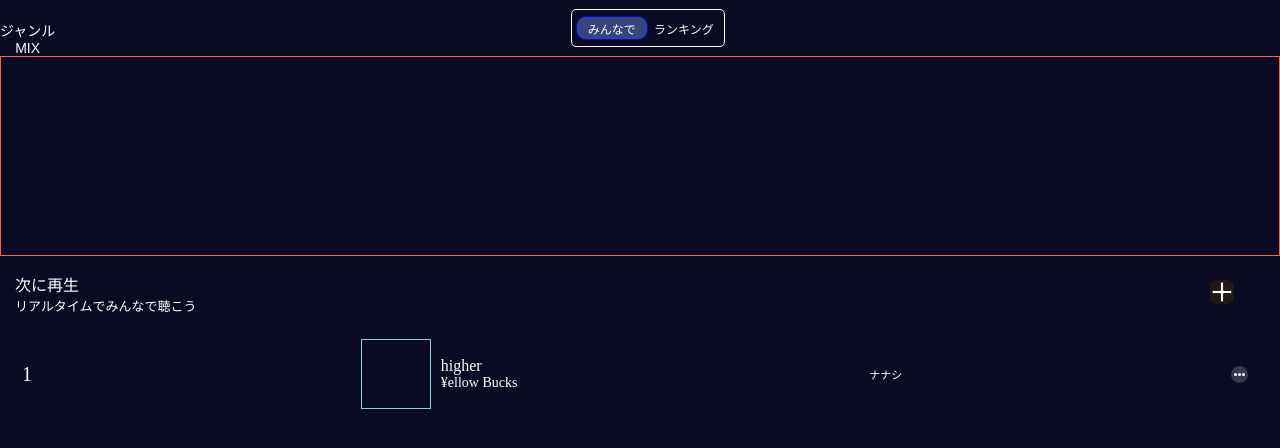
Repository: FujieRyou/2024_team
Page: /LoggedIn
The author's editor kept a copy of each file at every save. The page is drawn from the files as they stood at one save, then again after the next save.
The browser window is 1280 px wide. The pictures show the whole page.
The project was rebuilt for these pictures with package versions that can differ from the ones it lists, and the page was loaded fresh each time. The framework's server and built-in components were replaced by stand-ins that run in the browser. Also part of the build but not shown: next.config.js.

Above is the page before, as saved 2024-01-11 12:26:55.

### src/pages/_app.jsx
import "@/styles/ress.css"
import '@/styles/index.css'

export default function App({ Component, pageProps }) {
  return <Component {...pageProps} />
}

### src/pages/LoggedIn.jsx
import React from 'react'

function LoggedIn (){
    return(
    <div id="container_wrap">
        {/* <header>
            <div id="genre_wrap">ジャンル</div>
            <div id="mix_wrap">MIX</div>
            <div id="btn">
                <div className="everyone">みんなで</div>
                <div className="ranking">ランキング</div>
            </div>
        </header> */}
        <header>
            <div><p className='genre_wrap'>ジャンル<br/>MIX</p></div>
            <div className="switchingBtn">
                <div className="everyone">みんなで</div>
                <div className="ranking">ランキング</div>
            </div>
            <div className='myPageIcon'>
                <img src="" alt="" />
            </div>
        </header>
        <div id="main_img">
            <div className="scrollContent">
                <div className="scrollWrap">
                </div>
            </div>

        </div>
        <div id="maincontent_wrap">
            <div id="addition_wrap">
                    <p className='addition'>次に再生<br/><span>リアルタイムでみんなで聴こう</span></p>
                    <a href="">
                        <img src="./img/plusBtn.svg" alt="" />
                    </a>
            </div>
            <div id="songContent_wrap">
                <p className="song_num">1</p>
                <div id="song_wrap">
                    <div className="song_img">
                    </div>
                    <div id="singer_wrap">
                        <p className="songtitle">higher</p>
                        <p className="singer">¥ellow Bucks</p>
                    </div>
                </div>
                <div className='contributor'>
                    <img src="" alt="" />
                    <p>ナナシ</p>
                </div>
                <img src="./img/detailBtn.svg" alt="" />
            </div>
        </div>
    </div>
    )
}

export default LoggedIn

### src/styles/ress.css
/*!
 * ress.css • v4.0.0
 * MIT License
 * github.com/filipelinhares/ress
 */

/* # =================================================================
   # Global selectors
   # ================================================================= */

   html {
    box-sizing: border-box;
    -webkit-text-size-adjust: 100%; /* Prevent adjustments of font size after orientation changes in iOS */
    word-break: normal;
    -moz-tab-size: 4;
    tab-size: 4;
  }

  *,
  ::before,
  ::after {
    background-repeat: no-repeat; /* Set `background-repeat: no-repeat` to all elements and pseudo elements */
    box-sizing: inherit;
  }

  ::before,
  ::after {
    text-decoration: inherit; /* Inherit text-decoration and vertical align to ::before and ::after pseudo elements */
    vertical-align: inherit;
  }

  * {
    padding: 0; /* Reset `padding` and `margin` of all elements */
    margin: 0;
  }

  /* # =================================================================
     # General elements
     # ================================================================= */

  hr {
    overflow: visible; /* Show the overflow in Edge and IE */
    height: 0; /* Add the correct box sizing in Firefox */
    color: inherit; /* Correct border color in Firefox. */
  }

  details,
  main {
    display: block; /* Render the `main` element consistently in IE. */
  }

  summary {
    display: list-item; /* Add the correct display in all browsers */
  }

  small {
    font-size: 80%; /* Set font-size to 80% in `small` elements */
  }

  [hidden] {
    display: none; /* Add the correct display in IE */
  }

  abbr[title] {
    border-bottom: none; /* Remove the bottom border in Chrome 57 */
    /* Add the correct text decoration in Chrome, Edge, IE, Opera, and Safari */
    text-decoration: underline;
    text-decoration: underline dotted;
  }

  a {
    background-color: transparent; /* Remove the gray background on active links in IE 10 */
  }

  a:active,
  a:hover {
    outline-width: 0; /* Remove the outline when hovering in all browsers */
  }

  code,
  kbd,
  pre,
  samp {
    font-family: monospace, monospace; /* Specify the font family of code elements */
  }

  pre {
    font-size: 1em; /* Correct the odd `em` font sizing in all browsers */
  }

  b,
  strong {
    font-weight: bolder; /* Add the correct font weight in Chrome, Edge, and Safari */
  }

  /* https://gist.github.com/unruthless/413930 */
  sub,
  sup {
    font-size: 75%;
    line-height: 0;
    position: relative;
    vertical-align: baseline;
  }

  sub {
    bottom: -0.25em;
  }

  sup {
    top: -0.5em;
  }

  table {
    border-color: inherit; /* Correct border color in all Chrome, Edge, and Safari. */
    text-indent: 0; /* Remove text indentation in Chrome, Edge, and Safari */
  }

  /* # =================================================================
     # Forms
     # ================================================================= */

  input {
    border-radius: 0;
  }

  /* Replace pointer cursor in disabled elements */
  [disabled] {
    cursor: default;
  }

  [type='number']::-webkit-inner-spin-button,
  [type='number']::-webkit-outer-spin-button {
    height: auto; /* Correct the cursor style of increment and decrement buttons in Chrome */
  }

  [type='search'] {
    -webkit-appearance: textfield; /* Correct the odd appearance in Chrome and Safari */
    outline-offset: -2px; /* Correct the outline style in Safari */
  }

  [type='search']::-webkit-search-decoration {
    -webkit-appearance: none; /* Remove the inner padding in Chrome and Safari on macOS */
  }

  textarea {
    overflow: auto; /* Internet Explorer 11+ */
    resize: vertical; /* Specify textarea resizability */
  }

  button,
  input,
  optgroup,
  select,
  textarea {
    font: inherit; /* Specify font inheritance of form elements */
  }

  optgroup {
    font-weight: bold; /* Restore the font weight unset by the previous rule */
  }

  button {
    overflow: visible; /* Address `overflow` set to `hidden` in IE 8/9/10/11 */
  }

  button,
  select {
    text-transform: none; /* Firefox 40+, Internet Explorer 11- */
  }

  /* Apply cursor pointer to button elements */
  button,
  [type='button'],
  [type='reset'],
  [type='submit'],
  [role='button'] {
    cursor: pointer;
    color: inherit;
  }

  /* Remove inner padding and border in Firefox 4+ */
  button::-moz-focus-inner,
  [type='button']::-moz-focus-inner,
  [type='reset']::-moz-focus-inner,
  [type='submit']::-moz-focus-inner {
    border-style: none;
    padding: 0;
  }

  /* Replace focus style removed in the border reset above */
  button:-moz-focusring,
  [type='button']::-moz-focus-inner,
  [type='reset']::-moz-focus-inner,
  [type='submit']::-moz-focus-inner {
    outline: 1px dotted ButtonText;
  }

  button,
  html [type='button'], /* Prevent a WebKit bug where (2) destroys native `audio` and `video`controls in Android 4 */
  [type='reset'],
  [type='submit'] {
    -webkit-appearance: button; /* Correct the inability to style clickable types in iOS */
  }

  /* Remove the default button styling in all browsers */
  button,
  input,
  select,
  textarea {
    background-color: transparent;
    border-style: none;
  }

  a:focus,
  button:focus,
  input:focus,
  select:focus,
  textarea:focus {
    outline-width: 0;
  }

  /* Style select like a standard input */
  select {
    -moz-appearance: none; /* Firefox 36+ */
    -webkit-appearance: none; /* Chrome 41+ */
  }

  select::-ms-expand {
    display: none; /* Internet Explorer 11+ */
  }

  select::-ms-value {
    color: currentColor; /* Internet Explorer 11+ */
  }

  legend {
    border: 0; /* Correct `color` not being inherited in IE 8/9/10/11 */
    color: inherit; /* Correct the color inheritance from `fieldset` elements in IE */
    display: table; /* Correct the text wrapping in Edge and IE */
    max-width: 100%; /* Correct the text wrapping in Edge and IE */
    white-space: normal; /* Correct the text wrapping in Edge and IE */
    max-width: 100%; /* Correct the text wrapping in Edge 18- and IE */
  }

  ::-webkit-file-upload-button {
    /* Correct the inability to style clickable types in iOS and Safari */
    -webkit-appearance: button;
    color: inherit;
    font: inherit; /* Change font properties to `inherit` in Chrome and Safari */
  }

  /* # =================================================================
     # Specify media element style
     # ================================================================= */

  img {
    border-style: none; /* Remove border when inside `a` element in IE 8/9/10 */
  }

  /* Add the correct vertical alignment in Chrome, Firefox, and Opera */
  progress {
    vertical-align: baseline;
  }

  /* # =================================================================
     # Accessibility
     # ================================================================= */

  /* Specify the progress cursor of updating elements */
  [aria-busy='true'] {
    cursor: progress;
  }

  /* Specify the pointer cursor of trigger elements */
  [aria-controls] {
    cursor: pointer;
  }

  /* Specify the unstyled cursor of disabled, not-editable, or otherwise inoperable elements */
  [aria-disabled='true'] {
    cursor: default;
  }

### src/styles/index.css
html,body{
    width: 100vw;
    height: 100vh;
    background-color: #0A0A24;
    color: #fff;
}

nav{
    width: 100%;
    height: 81px;
    display: flex;
    justify-content: space-around;
    position: fixed;
    bottom: 0px;
    background-color: #0A0A24;
    border-top: solid 1px #8E8E8E;
}

.iconWrap{
    display: flex;
    flex-direction: column;
    align-items: center;
    justify-content: center;
}

.iconWrap a{
    display: flex;
    flex-direction: column;
    align-items: center;
    justify-content: center;
    text-decoration: none;
}

.iconWrap p{
    font-size: 10px;
    margin-top: 4px;
    color: #fff;
}

.loginWrap{
    width: 100vw;
    height: 100vh;
    padding-top: 200px;
}

.indexWrap{
    width: 100%;
    height: 100%;
}

/* h2{
    font-size: 64px;
    text-align: center;
    font-family: sans-serif;
    padding-top: 30px;
} */

.appName{
    font-size: 64px;
    text-align: center;
    font-family: sans-serif;
    padding-top: 30px;
    margin-top: 30px;
    color: #fff;
}

.signBtnWrap{
    width: 100%;
    height: auto;
}

.signBtn{
    display: flex;
    align-items: center;
    justify-content: center;
    width: 200px;
    height: 54px;
    border-radius: 30px;
    background-color: rgb(65, 243, 65);
    font-size: 16px;
    /* box-shadow: 3px 1px 3px 1px rgb(235, 235, 235); */
    margin: 0 auto;
    margin-top: 280px;
    color: #000;
    text-decoration: none;
}

.logoBox{
    width: 64px;
    height: 64px;
    background-color: gray;
    color: #fff;
    margin: 0 auto;
    display: flex;
    justify-content: center;
    align-items: center;
}

h2{
    text-align: center;
}

.searchWrap{
    margin-top: 69px;
    margin-bottom: 11px;
    padding: 0px 13px;
}

.searchTxt{
    width: 100%;
    height: 40px;
    border: solid 1px #000;
    background-color: #28376C;
    color: #fff;
    padding: 7px 18px;
    border-radius: 13px;

}

.searchBtn{
    width: 64px;
    height: 32px;
    background-color: aquamarine;
}

.searchResults{
    display: flex;
    gap: 8px;
    width: 100%;
    height: 88px;
    padding: 8px;
    overflow: hidden;
}

.searchResultsImg{
    width: 80px;
    height: 80px;
}

.searchResultsTxt p{
    width: 288px;
    font-size: 14px;
}

.genreWrap{
    padding: 0px 21px;
}

.genreWrap p{
    padding-left: 74px;
    margin-bottom: 12px;
}

.genruBtnWrap{
    display: flex;
    flex-wrap: wrap;
    padding: 0px 8px;
    gap: 16px 12px;
    margin: 0 auto;
}

.genruBtnWrap > button{
    width: 172px;
    height: 86px;
    background-color: #F42C2C;
    border-radius: 10px;
}

header{
    display: flex;
    align-items: center;
    justify-content: space-between;
}

.genre_wrap{
    padding-top: 20px;
    color: #fff;
    font-size: 14px;
    text-align: center;
    font-family: 'Noto Sans JP', sans-serif;
}

/* MIX */
#mix_wrap{
    font-size: 25px;
    font-family:Impact, Haettenschweiler, 'Arial Narrow Bold', sans-serif;
    margin-left: 25px;
}

/*genre btn*/
.switchingBtn{
    display: flex;
    justify-content: center;
    align-items: center;
    width: 154px;
    height: 38px;
    border: solid 1px #fff;
    border-radius: 5px;
    text-align: center;
    padding: 3px 4px;
}

.everyone{
    width: 80%;
    height: 80%;
    display: flex;
    align-items: center;
    justify-content: center;
    border: solid 1px #0500FF;
    border-radius: 10px;
    background-color: #36457B;
    font-size: 12px;
    font-family:  'Noto Sans JP', sans-serif;
}

.ranking{
    width: 80%;
    height: 80%;
    display: flex;
    align-items: center;
    justify-content: center;

    border-radius: 10px;
    font-size: 12px;
    font-family:  'Noto Sans JP', sans-serif;;
}

.myPageIcon{
    width: 40px;
    height: 40px;
}


/*main*/
#main_img{
    width: 100%;
    height: 200px;
    border: solid 1px tomato;
    margin: 0 auto;

}

/*見出し*/
#addition_wrap{
    width: 100%;
    margin-top: 16px;
    margin-bottom: 24px;
    padding: 0px 46px 0px 15px;
    display: flex;
    align-items: center;
    justify-content: space-between;
}
.addition{
    font-size: 16px;
    font-family:  'Noto Sans JP', sans-serif;
}
.addition > span{
    font-size: 13px;
}
.dli-plus {
    display: inline-block;
    vertical-align: middle;
    justify-content: center;
    color: #fff;
    line-height: 20px;
    width: 1.5rem;
    height:0.15rem;
    background: #efefef;
    border-radius: 1rem;
    position: relative;
    top:24px;
    left:10px;
}

.dli-plus::before {
    content: '';
    position: absolute;
    top: 0;
    left: 0;
    width: 100%;
    height: 100%;
    background: inherit;
    border-radius: inherit;
    transform: rotate(90deg);

}
#addition_wrap{
    display: flex;
}
#addition_wrap  .back{
    display: block;
    background: #231815;
    width: 35px;
    height:35px;
    border-radius: 25%;
    margin-right: 50px;
}
.addition-text{
    font-size: 30px;
    font-family:'Noto Sans JP', sans-serif;

}

/*music list*/
#songContent_wrap{
    display: flex;
    width: 100%;
    justify-content: space-between;
    align-items: center;
    margin-bottom: 15px;
    padding: 0px 32px 0px 22px;
}

.song_num{
    font-size: 20px;
}

#song_wrap{
    display: flex;
    justify-content: center;
    align-items: center;
    gap: 10px;
}


.song_img{
    border: solid 1px skyblue;
    width: 70px;
    height: 70px;
}

.songtitle{
    font-size: 16px;
}
.singer{
    font-size: 14px;
}

.contributor{
    display: flex;
}
.contributor > img{
    width: 17px;
    height: 17px;
    border-radius: 20px;
    margin-right: 6px;
}
.contributor > p{
    font-size: 11px;
}

.button_wrap{
    display: flex;
    flex-direction: column;
}
.button{
    width: 20px;
    height: 20px;
    border-radius: 50%;
    background-color: #d9d9d9;
    display: flex;
    justify-content: center;
}

.button p{
    display: flex;
    justify-content: center;
    align-items: center;
    text-align: center;
    gap: 3px;
}

.button p span{
    width: 3px;
    height: 3px;
    border-radius: 50%;
    background-color: #000;

}

Loaded but not shown: src/pages/_document.jsx (common file)

After the next save:
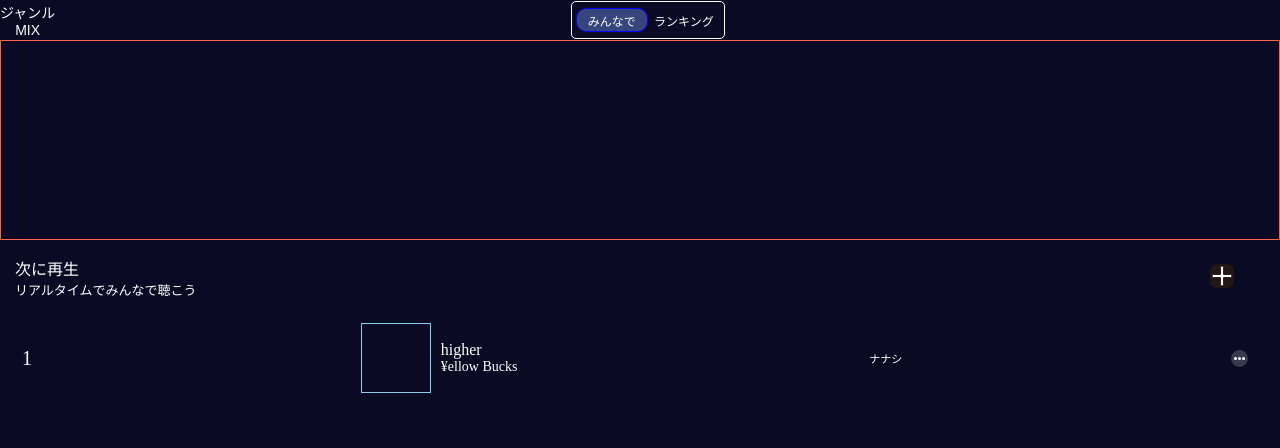
Saved 19 s later.
--- a/src/styles/index.css
+++ b/src/styles/index.css
@@ -173,7 +173,6 @@ header{
 }
 
 .genre_wrap{
-    padding-top: 20px;
     color: #fff;
     font-size: 14px;
     text-align: center;
